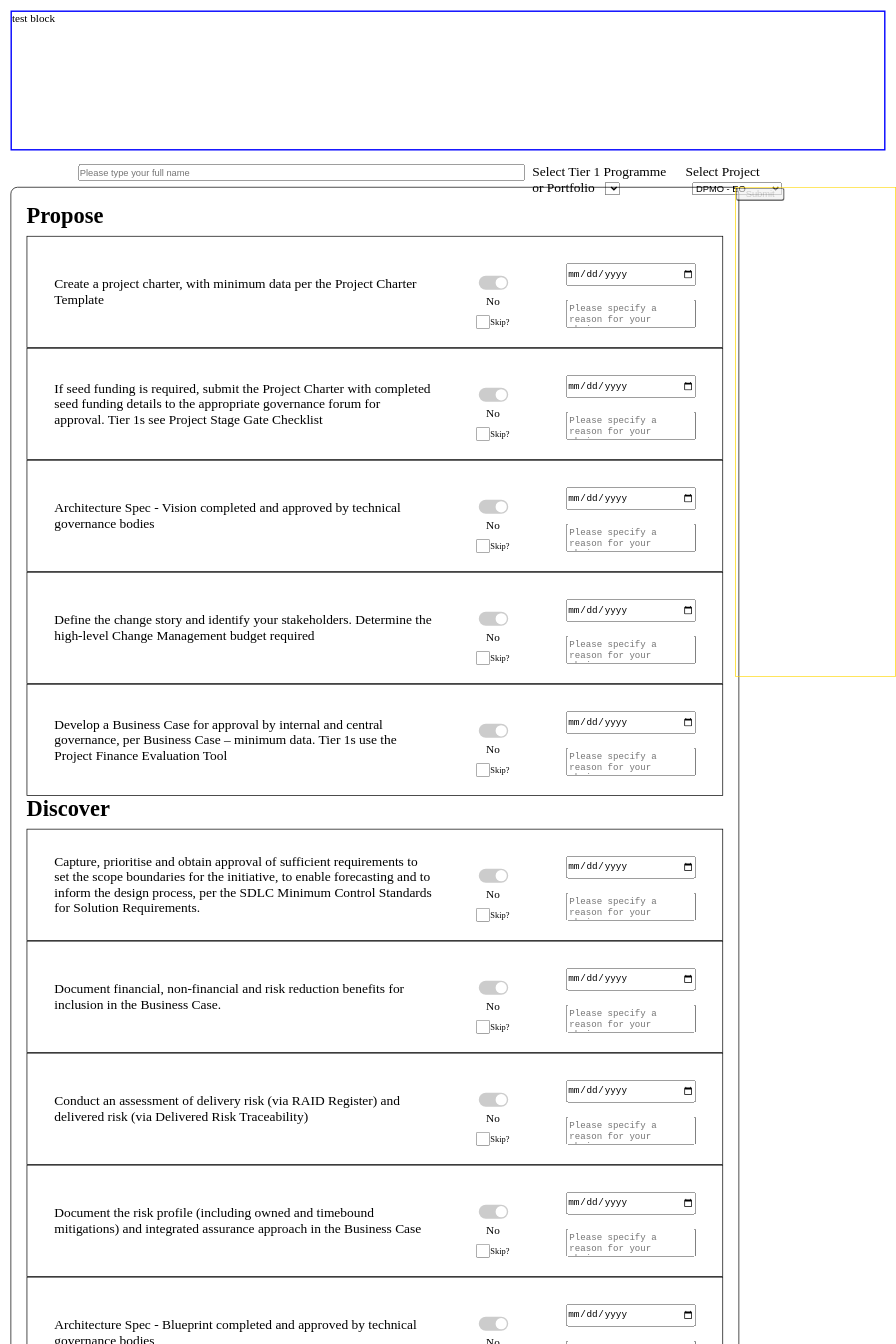
Repository: I-Alpha/JQuery-Html-form
Page: Project-form.html
An editor plug-in stored every save of this project. The page is shown before and after the next save, followed by the edit.
The browser window is 1280 px wide. The pictures show the part of the page from y = 0 to 1920 px (the page is 8699 px tall), at 70% of full size.

Above is the page before, as saved 2020-10-27 00:54:50.

### Project-form.html
<!DOCTYPE html>
<html lang="en">

<head>
    <meta charset="UTF-8">
    <meta name="viewport" content="width=device-width, initial-scale=1.0">
    <link rel="preload" type="fetch" id="Excelfile" name="Excelfile" value="QuestionData.xlsx" />
    <script src="https://ajax.googleapis.com/ajax/libs/jquery/3.5.1/jquery.min.js"></script>
    <script src="https://cdnjs.cloudflare.com/ajax/libs/xlsx/0.14.5/xlsx.full.min.js"></script>
    <script src="https://cdnjs.cloudflare.com/ajax/libs/babel-polyfill/6.26.0/polyfill.js"></script>
    <script src="https://cdnjs.cloudflare.com/ajax/libs/xlsx/0.8.0/jszip.js"></script>
    <script src="https://cdnjs.cloudflare.com/ajax/libs/xlsx/0.8.0/xlsx.js"></script>
    <script src="main.js"></script>
    <link rel="stylesheet" href="main.css" />
    </style>
    <title>Document</title>
</head>

<body style=" display:flex; flex-direction: column; padding: 15px">
    <div id="testblock" name="testblock" style="border:2px solid blue; width: 100%; min-height:200px">test block</div>


    <div id="mainwrapper" style="justify-content: center;">
        <div id="preBar" class="container">
            <div id="formControl" class="container">    <input type= "text" id= "fullname" class= "required" placeholder="Please type your full name"></input>
                <label for="selectPorfolio">Select Tier 1 Programme or Portfolio
                    <select name="selectPorfolio" id="selectPorfolio" style=" margin :0 0 0 10px; max-width:8rem;"
                        placeholder="Select Portfolio"></select></label>
                <label for="selectProject">Select Project
                    <select name="selectProject" id="selectProject" style=" margin :0 0 0 10px; max-width:8rem; "
                        placeholder="Select Portfolio"></select></label>
            </div>

        </div>
        <div id="formContainer" class="container">
            <div id="wrapper">
                <form id="form1">

                    <table class="hidden">
                        <tr>
                            <td colspan=4 class="questCol">
                                <label class="questionLabel" for="mainCheck"></label>
                            </td>
                            <td colspan=1 class="inputCol">
                                <span class="inputContainer">
                                    <span class="mainCheckContainer" style=" display:flex; flex-direction: column;">
                                        <label class="switch">
                                            <input class="mainCheck" type="checkbox" checked>
                                            <span class="slider  round"></span>
                                        </label>
                                        <p for="mainCheck" class="mainChoice" data-val="Yes">No</p>
                                    </span>
                                    <span class="skipContainer" style="left : 6px; display:flex; ">
                                        <input class="skipCheck" type="checkbox">
                                        <p class="skipChoice">Skip?</p>
                                    </span>

                                </span>
                            </td>
                            <td colspan=2 class="altCol">
                                <input type="date" min="getDate()">
                                <textarea type="text"
                                    placeholder="Please specify a reason for your choice...."></textarea>
                            </td>
                        </tr>
                    </table>

                </form>
            </div><div></div>
            <div id= "progressBar"  style ="border : 1px solid gold ; width :230px; right: 0;  position: fixed; height: 700px">
            <button style="order:1; margin:0;" class = "disabled"id="submitbtn" type="submit" form="form1" value="Submit">Submit</button>
        </div>
        </div>

    </div>

</body>

</html>

### main.css

    * {
        box-sizing: border-box;
        margin: 0;
        padding: 0;
        color: black;

    }

    html {
        width: 100%;
        height: 100%;

    }


    label{
        font-size:.9rem;
       }

    body {
        width: 100%;
        height: 100%;
        display: flex;
        position: relative;
        flex-direction: column;
    }

    .hidden{
    display:none;
    visibility: none;
    opacity: 0;
   position:absolute;
    }
    .center {

        text-align: center;
    }

    .container {
        display: flex;
        position: relative;
    }


    h1 {
        margin-bottom: 10px;
    }

    #wrapper {
        border: solid 1px black;
        border-radius: 10px;
        padding: 20px;
        margin-bottom: 10px;

    }

    #mainwrapper{
        max-width: 98%;
    }
    p {
        color: black;
        font-size: 1rem;
        height: auto;
        width: auto;
    }

 .disabled{
     opacity: 60%;
     color:darkgray;
     pointer-events: none;
 }
  form{
      width:100%;
      height : auto;
  }

    .skipContainer {
        position: relative;
        align-items: center;
        left: 0;
        display: flex;
        margin-top: 10px;
    }

    .skipCheck {
        width: 20px;
        height: 20px;

    }

    .skipChoice {font-size: 12px;}


    .skipChoice,
    .skipCheck {
        position: relative;
        left: -10px;
    }

    /* slider */
    .switch {
        position: relative;
        display: inline-block;
        width: 42px;
        height: 20px;
    }

    .switch input {
        opacity: 0;
        width: 0;
        height: 0;
    }

    .slider {
        position: absolute;
        cursor: pointer;
        top: 0;
        left: 0;
        right: 0;
        bottom: 0;
        background-color: #ccc;
        -webkit-transition: .4s;
        transition: .4s;
    }

    .slider:before {
        position: absolute;
        content: "";
        height: 16px;
        width: 16px;
        right:2px;
        bottom: 2px;
        background-color: white;
        -webkit-transition: .4s;
        transition: .4s;
    }

    .mainCheck:checked+.slider {
        background-color: #2196F3;
    }

    .mainCheck:focus+.slider {
        box-shadow: 0 0 1px #2196F3;
    }

    .mainCheck:checked+.slider:before {
        -webkit-transform: translateX(-23px);
        -ms-transform: translateX(-23px);
        transform: translateX(-23px);
    }

    /* Rounded sliders */
    .slider.round {
        border-radius: 34px;
    }

    .slider.round:before {
        border-radius: 50%;
    }

    /*end of slider section*/

    button {
        margin: 10px;
        width: 70px;
        border-radius: 4px;
    }

    td {
         display: flex;
         flex-direction: column;
    }
    td > *{
         padding : 5px 0;
    }


    tr{
        height:10rem;   border: 1px solid black;
        border-collapse: collapse;
}

tr::after{
    border: 1px solid green;
    height:1px;
    content: :" ";
    width: 100%;
    position: relative;
    display: block;
}

td.inputContainer {
    display: inline-block;
    height:100%;
}

td.inputCol{
    display:flex;
    position: relative;
    text-align: center;
    align-items:center;
    min-height:100%;

}

  .questCol textarea{

   padding:  2px  3px;
   display: block;
   position: relative;
   min-width: 95%;
}



/* iPads (portrait and landscape) ----------- */
@media only screen
and (min-device-width : 768px)
and (max-device-width : 1024px) {
/* Styles */
}

/* iPads (landscape) ----------- */
@media only screen
and (min-device-width : 768px)
and (max-device-width : 1024px)
and (orientation : landscape) {
/* Styles */
}

/* iPads (portrait) ----------- */
@media only screen
and (min-device-width : 768px)
and (max-device-width : 1024px)
and (orientation : portrait) {
/* Styles */
}

/* Desktops and laptops ----------- */
@media only screen
and (min-width : 1224px) {
/* Styles */

 label {
     font-size: 1.2rem;
 }

#wrapper{
     min-width: 85%;
     height:auto;
    }

    .inputContainer{

        position: relative;
        top:15px;
     }

    td.inputCol{
        position: absolute;
        vertical-align: middle;


    }

    td {
        position: relative;
        justify-content: center;
        padding:10px 15px;}

    .questCol{
        position: relative;
        padding-right: 5px;
        max-width:35rem;
    }

    td.altCol{
        position: relative;
        height: 100%;
    }
     textarea{
        resize: none;
        display: block;
        font-size: 13px;
        text-align: start;
        align-content: flex-start;
         width:100%;
         top:10px;
         position: relative;
         margin-top:10px;
         padding: 4px 4px;
         align-items: flex-start;
    }

     td.altCol input {
         width:100%;
     }

    tr{
        display: flex;
        flex-direction: row;
        border: 1px solid black;
        border-collapse: collapse;
        justify-content: space-around;

    }


  #preBar{
   display: grid;
    flex-direction: row;
 padding:  0 97px;

   margin : 10px 0;
  }


  #preBar div{
 display: flex;
 height:2rem;

  }

  #radioBtnBox label{
    margin: 0 20px;
  }

  #radioBtnBox label input{
    margin: 0 10px;
  }
  #radioBtnBox{
    margin-left:90px;
    border:1px solid black;
    padding: 10px 0;
}

#formControl select{

    margin: 0px 10px 0  0;
}
#formControl label{
   margin:10px;
    align-items:center;

}

 #fullname{
     position: relative;
     max-height:1.5rem;
     bottom:-9.2px;
     width: 100%;

    }

#form1 {


    position: relative;
display: flex;
flex-direction: column;
}

table{
    width:100%;
}


.mainChoice {
    display: flex;
    margin-top: 8px;
    left:10px;
    position: relative;
}

#formContainer{


}

td.inputContainer {
    display: inline-block;
    height:100%;
}

td.inputCol{
    display:flex;
    position: relative;
    vertical-align: middle;
    text-align: center;
    align-items:center;
    min-height:100%;

}
}

/* Large screens ----------- */
@media only screen
and (min-width : 1824px) {
/* Styles */
}

/* iPhone 4 ----------- */
@media
only screen and (-webkit-min-device-pixel-ratio : 1.5),
only screen and (min-device-pixel-ratio : 1.5) {
/* Styles */
}

Loaded but not shown: main.js (514 lines, source omitted)

After the next save:
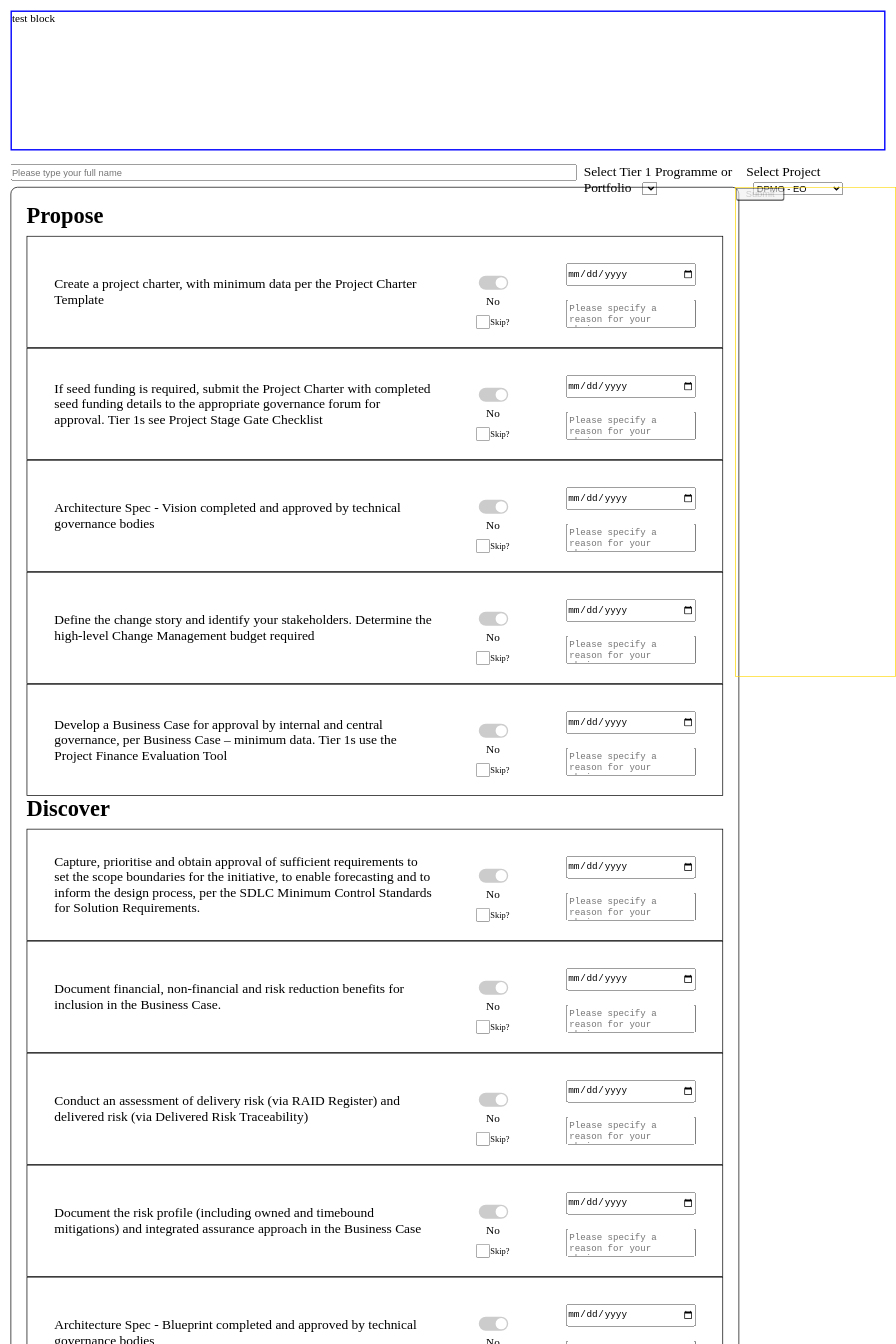
Saved 10 s later.
--- a/main.css
+++ b/main.css
@@ -310,7 +310,7 @@ and (min-width : 1224px) {
   #preBar{
    display: grid;
     flex-direction: row;
- padding:  0 97px;
+
 
    margin : 10px 0;
   }
